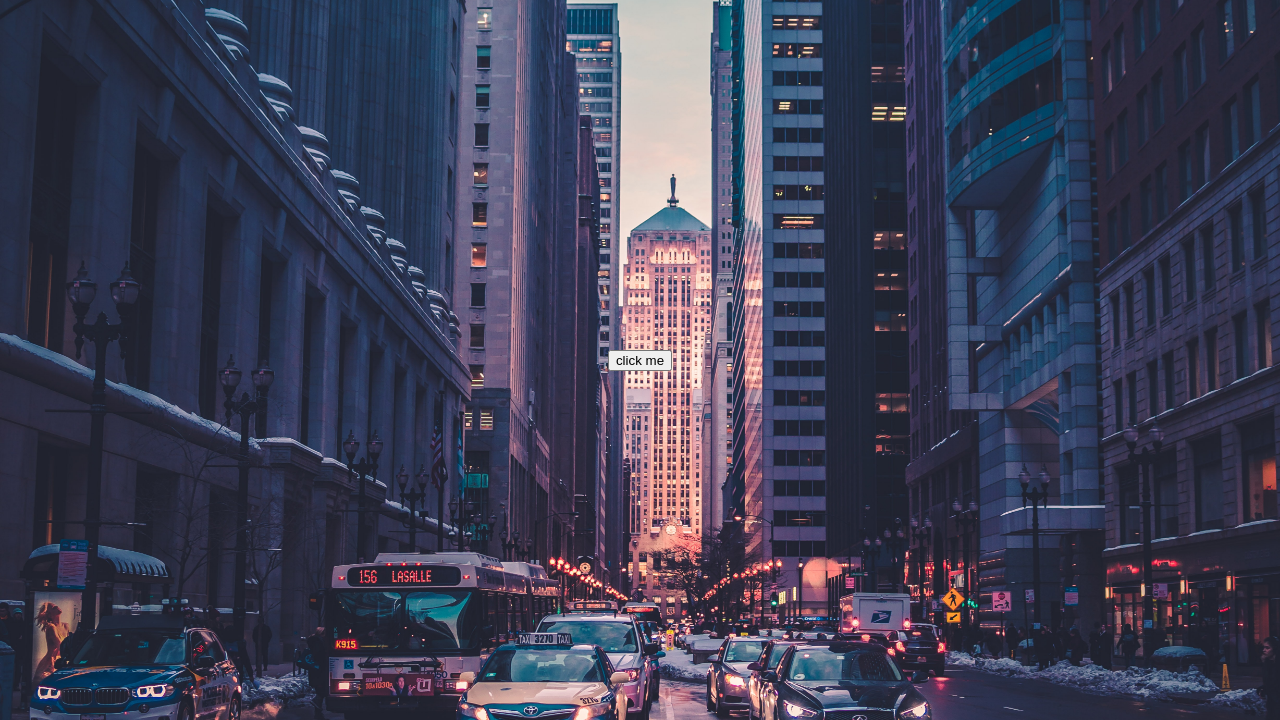
Repository: lamilekan263/random_advice
Page: /
The author's editor kept a copy of each file at every save. The page is drawn from the files as they stood at one save, then again after the next save.
The browser window is 1280 px wide. The pictures show the whole page.
The page's requests for data from a server got no answer. The project was rebuilt for these pictures with package versions that can differ from the ones it lists, and the page was loaded fresh each time. No one was signed in, and anything a server would have sent is missing.

Above is the page before, as saved 2020-08-10 14:13:42.

### src/App.js
import React from 'react';
import './App.css';
import axios from 'axios'

class App extends React.Component{

  state = {
    advice : ''
  }
 componentDidMount(){
    this.getAdvice()
  }

  getAdvice = ()=>{
    axios.get('https://api.adviceslip.com/advice')
    .then((response) =>{
      const { advice } = response.data.slip;
      console.log(advice)
      this.setState({ advice })
    })

  }

  render(){
    return(
      <div className="app">
        <h1> {this.state.advice}</h1>

        <button onClick = {this.getAdvice}>click me</button>
      </div>
    )
  }
}


export default App

### src/App.css
body{
  margin:0;
  padding: 0;
  background-image: url('./bg.jpg');
  background-size: cover;
  background-repeat: no-repeat;
  height:100vh;
  background-position: center;
  display:flex;
  justify-content: center;
  align-items: center;
}

.app{
  display:flex;
  justify-content: center;
  align-items: center;
}

Loaded but not shown: public/index.html (common file); src/index.js (common file); src/index.css (common file); src/serviceWorker.js (common file)

After the next save:
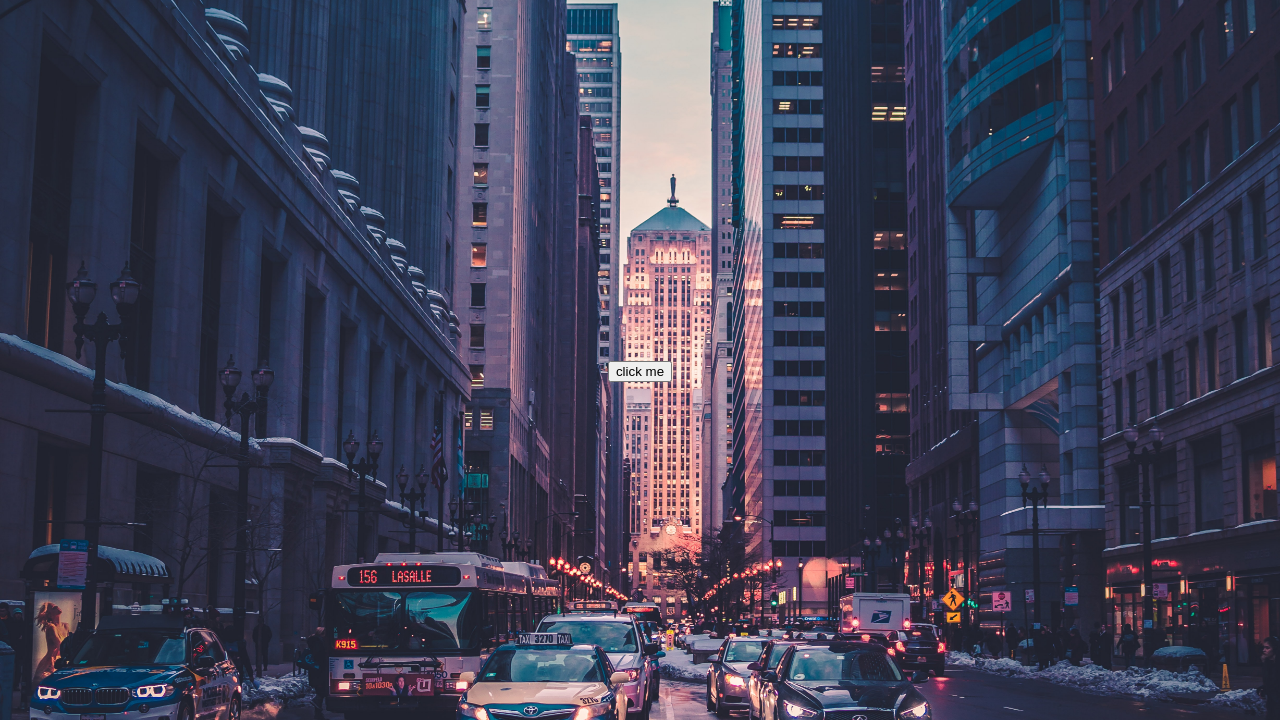
Saved 8 s later.
--- a/src/App.css
+++ b/src/App.css
@@ -12,7 +12,5 @@ body{
 }
 
 .app{
-  display:flex;
-  justify-content: center;
-  align-items: center;
+
 }
